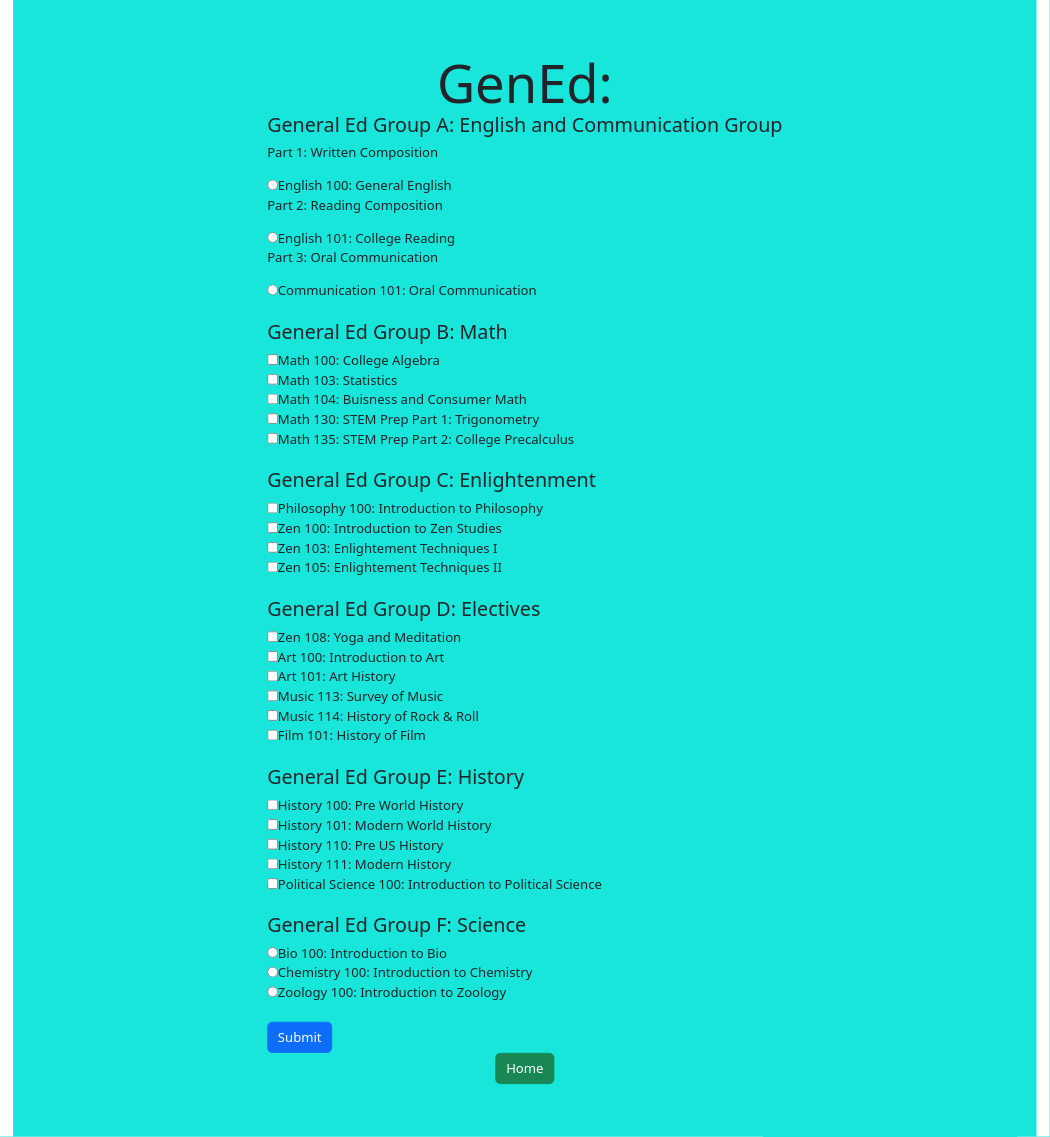
Repository: collegedude9300/zenschool
Page: /GenEd
The author's editor kept a copy of each file at every save. The page is drawn from the files as they stood at one save, then again after the next save.
The browser window is 1280 px wide. The pictures show the whole page, at 82% of full size.
The project was rebuilt for these pictures with package versions that can differ from the ones it lists, and the page was loaded fresh each time. The framework's server and built-in components were replaced by stand-ins that run in the browser. Also part of the build but not shown: next.config.js.

Above is the page before, as saved 2023-12-18 15:18:37.

After the next save:
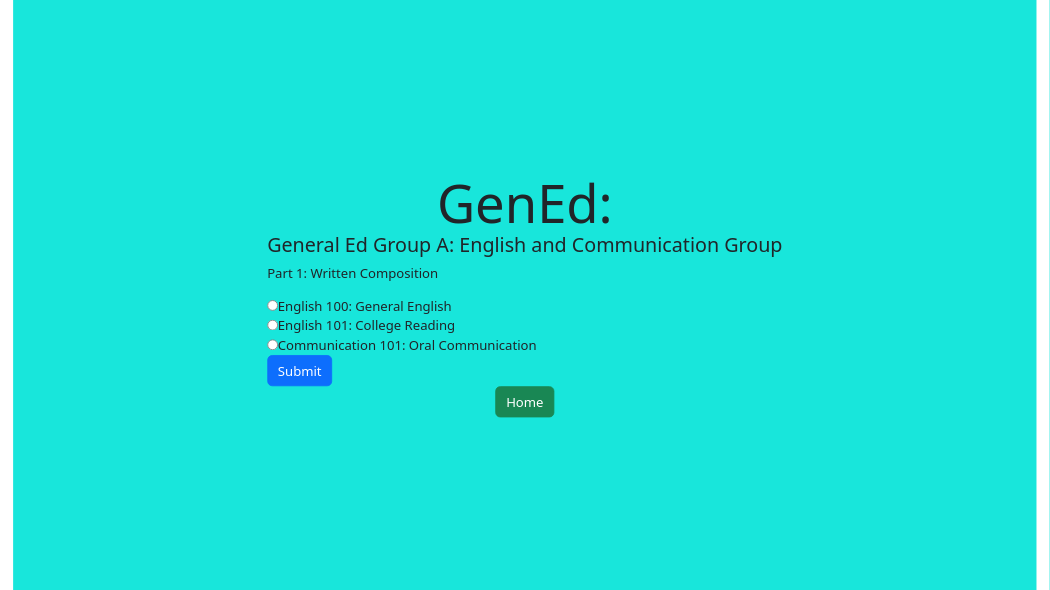
Saved 9 days later.
--- a/pages/GenEd.js
+++ b/pages/GenEd.js
@@ -3,91 +3,47 @@ import Image from 'next/image'
 import styles from '../styles/Home.module.css'
 import 'bootstrap/dist/css/bootstrap.css'
 import Link from 'next/link';
+
 export default function GenEd() {
-return(
-<div className={styles.container}>
-<Head>
-<title>GenEd</title>
-<meta name="description" content="Generated by create next app" />
-<link rel="icon" href="/favicon.png" />
-</Head>
-<main className={styles.gened}>
-<h1 className={styles.title}>
-GenEd:
-</h1>
-<form>
-<h4>General Ed Group A: English and Communication Group </h4>
-<p> Part 1: Written Composition</p>
-<input type="radio" id="English 100" name="English 100" value="English 100"/>
-<label htmlFor="English 100"> English 100: General English </label><br/>
-<p>Part 2: Reading Composition</p>
-<input type="radio" id="English 101" name="English 101" value="English 101"/>
-<label htmlFor="English 101"> English 101: College Reading</label><br/>
-<p>Part 3: Oral Communication</p>
-<input type="radio" id="Communication 101" name="Communication 101" value="Communication 101"/>
-<label htmlFor="Communication 101"> Communication 101: Oral Communication</label><br/>
-<br/>
-<h4>General Ed Group B: Math </h4>
-<input type="checkbox" id="Math 100" name="Math 100" value="Math 100"/>
-<label htmlFor="Math 100"> Math 100: College Algebra</label><br/>
-<input type="checkbox" id="Math 103" name="Math 103" value="Math 103"/>
-<label htmlFor="Math 103"> Math 103: Statistics</label><br/>
-<input type="checkbox" id="Math 104" name="Math 104" value="Math 104"/>
-<label htmlFor="Math 104"> Math 104: Buisness and Consumer Math</label><br/>
-<input type="checkbox" id="Math 130" name="Math 130" value="Math 130"/>
-<label htmlFor="Math 130"> Math 130: STEM Prep Part 1: Trigonometry</label><br/>
-<input type="checkbox" id="Math 135" name="Math 135" value="Math 135"/>
-<label htmlFor="Math 135"> Math 135:  STEM Prep Part 2: College Precalculus</label><br/>
-<br/>
-<h4>General Ed Group C: Enlightenment </h4>
-<input type="checkbox" id="Philosophy 100" name="Philosophy 100" value="Philosophy 100"/>
-<label htmlFor="Philosophy 100"> Philosophy 100: Introduction to Philosophy</label><br/>
-<input type="checkbox" id="Zen 100" name="Zen 100" value="Zen 100"/>
-<label htmlFor="Zen 100"> Zen 100: Introduction to Zen Studies</label><br/>
-<input type="checkbox" id="Zen 103" name="Zen 103" value="Zen 103"/>
-<label htmlFor="Zen 103"> Zen 103: Enlightement Techniques I</label><br/>
-<input type="checkbox" id="Zen 105" name="Zen 105" value="Zen 105"/>
-<label htmlFor="Zen 105"> Zen 105: Enlightement Techniques II</label><br/>
-<br/>
-<h4>General Ed Group D: Electives </h4>
-<input type="checkbox" id="Zen 108" name="Zen 108" value="Zen 108"/>
-<label htmlFor="Zen 108"> Zen 108: Yoga and Meditation</label><br/>
-<input type="checkbox" id="Art 100" name="Art 100" value="Art 100"/>
-<label htmlFor="Art 100"> Art 100: Introduction to Art</label><br/>
-<input type="checkbox" id="Art 101" name="Art 101" value="Art 101"/>
-<label htmlFor="Art 101"> Art 101: Art History</label><br/>
-<input type="checkbox" id="Music 113" name="Music 113" value="Music 113"/>
-<label htmlFor="Music 113"> Music 113: Survey of Music</label><br/>
-<input type="checkbox" id="Music 114" name="Music 114" value="Music 114"/>
-<label htmlFor="Music 114"> Music 114: History of Rock & Roll</label><br/>
-<input type="checkbox" id="Film 101" name="Film 101" value="Film 101"/>
-<label htmlFor="Film 101"> Film 101: History of Film</label><br/>
-<br/>
-<h4>General Ed Group E: History </h4>
-<input type="checkbox" id="History 100" name="History 100" value="History 100"/>
-<label htmlFor="History 100"> History 100: Pre World History</label><br/>
-<input type="checkbox" id="History 101" name="History 101" value="History 101"/>
-<label htmlFor="History 101"> History 101: Modern World History</label><br/>
-<input type="checkbox" id="History 110" name="History 110" value="History 110"/>
-<label htmlFor="History 110"> History 110: Pre US History</label><br/>
-<input type="checkbox" id="History 111" name="History 111" value="History 111"/>
-<label htmlFor="History 111"> History 111: Modern History</label><br/>
-<input type="checkbox" id="Pol-Science 100" name="Pol-Science 100" value="Pol-Science 100"/>
-<label htmlFor="Pol-Science 100"> Political Science 100: Introduction to Political Science</label><br/>
-<br/>
-<h4>General Ed Group F: Science </h4>
-<input type="radio" id="Bio 100" name="Bio 100" value="Bio 100"/>
-<label htmlFor="Bio 100"> Bio 100: Introduction to Bio</label><br/>
-<input type="radio" id="Chemistry 100" name="Chemistry 100" value="Chemistry 100"/>
-<label htmlFor="Chemistry 100"> Chemistry 100: Introduction to Chemistry</label><br/>
-<input type="radio" id="Zoology 100" name="Zoology 100" value="Zoology 100"/>
-<label htmlFor="Zoology 100"> Zoology 100: Introduction to Zoology</label><br/>
-<br/>
-<button type="submit" className="btn btn-primary">Submit</button>
-</form>
-<Link legacyBehavior href="/">
-        <a className="btn btn-success">Home</a>
+  const formFields = [
+    { id: "English 100", name: "English 100", value: "English 100", label: "English 100: General English" },
+    { id: "English 101", name: "English 101", value: "English 101", label: "English 101: College Reading" },
+    { id: "Communication 101", name: "Communication 101", value: "Communication 101", label: "Communication 101: Oral Communication" },
+    // Add other form fields here
+  ];
+
+  const handleSubmit = (event) => {
+    event.preventDefault();
+    // Form validation logic here
+  }
+
+  return(
+    <div className={styles.container}>
+      <Head>
+        <title>GenEd</title>
+        <meta name="description" content="Generated by create next app" />
+        <link rel="icon" href="/favicon.png" />
+      </Head>
+      <main className={styles.gened}>
+        <h1 className={styles.title}>
+          GenEd:
+        </h1>
+        <form onSubmit={handleSubmit}>
+          <h4>General Ed Group A: English and Communication Group </h4>
+          <p> Part 1: Written Composition</p>
+          {formFields.map((field) => (
+            <div key={field.id}>
+              <input type="radio" id={field.id} name={field.name} value={field.value} />
+              <label htmlFor={field.id}>{field.label}</label><br/>
+            </div>
+          ))}
+          {/* Add other form fields here */}
+          <button type="submit" className="btn btn-primary">Submit</button>
+        </form>
+        <Link legacyBehavior href="/">
+          <a className="btn btn-success">Home</a>
         </Link>
-</main>
-      </div>
-)}
+      </main>
+    </div>
+  )
+}
